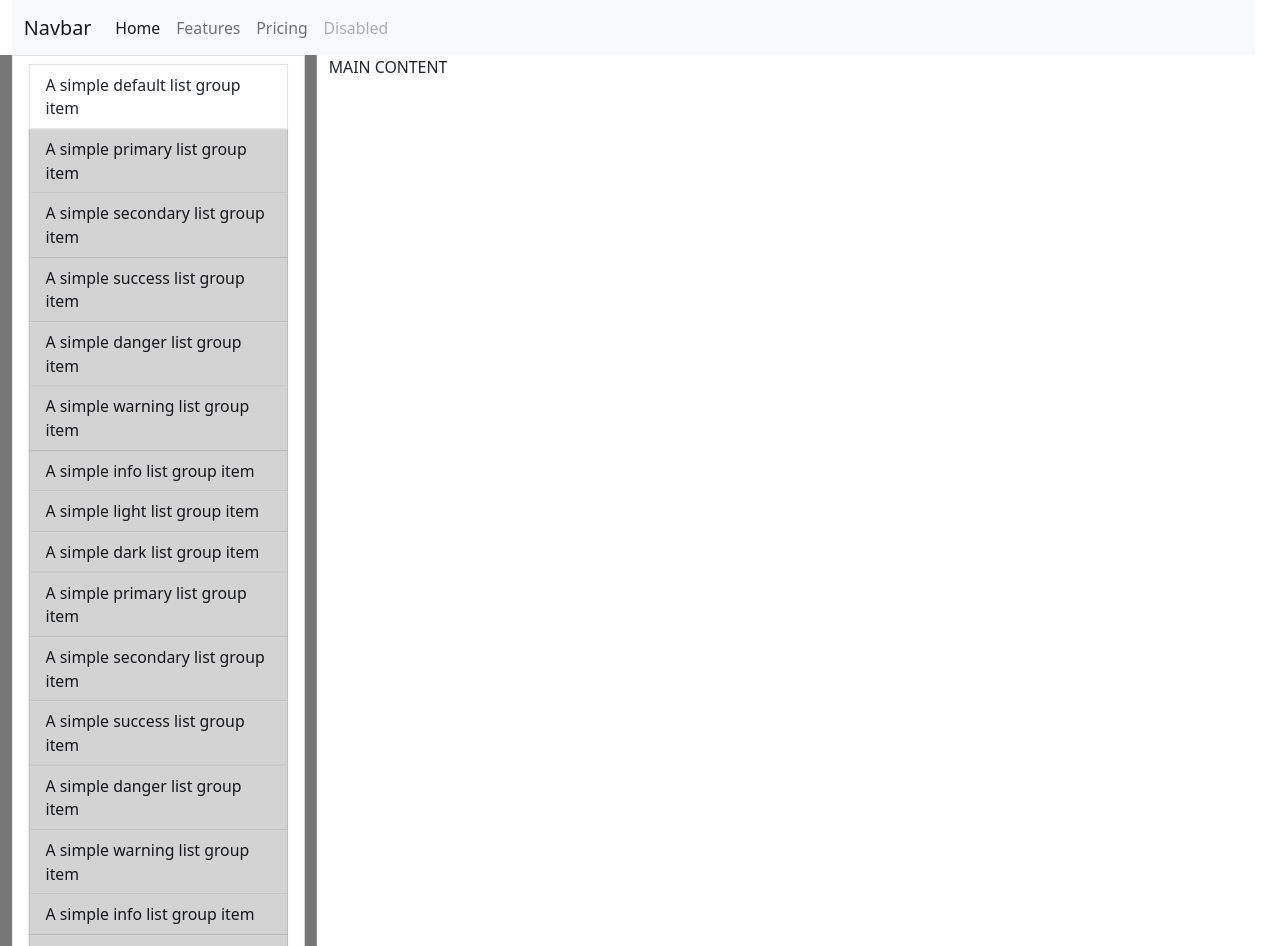
Repository: Dayvid0/BOOTSTRAP-TUTORIALS
Page: BOOTSTRAP-GRID-LAYOUTS/ibmexample.html
These files come from the project's save history. The page is drawn as it stood at one moment and after the next save; the edit follows.
The browser window is 1280 px wide. The pictures show the whole page, at 99% of full size.

Above is the page before, as saved 2025-01-25 09:51:24.

### BOOTSTRAP-GRID-LAYOUTS/ibmexample.html
<!doctype html>
<html lang="en">
  <head>
    <!-- Required meta tags -->
    <meta charset="utf-8">
    <meta name="viewport" content="width=device-width, initial-scale=1">
    <title>IBM PRACTICE LAYOUT</title>
    <!-- Bootstrap CSS -->
    <link href="https://cdn.jsdelivr.net/npm/bootstrap@5.0.2/dist/css/bootstrap.min.css" rel="stylesheet" integrity="sha384-EVSTQN3/azprG1Anm3QDgpJLIm9Nao0Yz1ztcQTwFspd3yD65VohhpuuCOmLASjC" crossorigin="anonymous">
    <link rel="stylesheet" href="ibm-style.css"
  </head>
  <body>
    <div class="container-fluid">
      <nav class="navbar navbar-expand-lg navbar-light bg-light">
        <div class="container-fluid">
          <a class="navbar-brand" href="#">Navbar</a>
          <button class="navbar-toggler" type="button" data-bs-toggle="collapse" data-bs-target="#navbarNav" aria-controls="navbarNav" aria-expanded="false" aria-label="Toggle navigation">
            <span class="navbar-toggler-icon"></span>
          </button>
          <div class="collapse navbar-collapse" id="navbarNav">
            <ul class="navbar-nav">
              <li class="nav-item">
                <a class="nav-link active" aria-current="page" href="#">Home</a>
              </li>
              <li class="nav-item">
                <a class="nav-link" href="#">Features</a>
              </li>
              <li class="nav-item">
                <a class="nav-link" href="#">Pricing</a>
              </li>
              <li class="nav-item">
                <a class="nav-link disabled" href="#" tabindex="-1" aria-disabled="true">Disabled</a>
              </li>
            </ul>
          </div>
        </div>
      </nav>
    </div>
    <div class="container-fluid">
      <div class="row"> <!-- ./row-->
        <div class="col-3 sidebar">
          <ul class="list-group-item">
            <li class="list-group-item">A simple default list group item</li>
            <li class="list-group-item list-group-item-dark">A simple primary list group item</li>
            <li class="list-group-item list-group-item-dark">A simple secondary list group item</li>
            <li class="list-group-item list-group-item-dark">A simple success list group item</li>
            <li class="list-group-item list-group-item-dark">A simple danger list group item</li>
            <li class="list-group-item list-group-item-dark">A simple warning list group item</li>
            <li class="list-group-item list-group-item-dark">A simple info list group item</li>
            <li class="list-group-item list-group-item-dark">A simple light list group item</li>
            <li class="list-group-item list-group-item-dark">A simple dark list group item</li>
            <li class="list-group-item list-group-item-dark">A simple primary list group item</li>
            <li class="list-group-item list-group-item-dark">A simple secondary list group item</li>
            <li class="list-group-item list-group-item-dark">A simple success list group item</li>
            <li class="list-group-item list-group-item-dark">A simple danger list group item</li>
            <li class="list-group-item list-group-item-dark">A simple warning list group item</li>
            <li class="list-group-item list-group-item-dark">A simple info list group item</li>
            <li class="list-group-item list-group-item-dark">A simple light list group item</li>
          </ul>
        </div><!-- ./col-3-->
        <div class="col-9">
          MAIN CONTENT
        </div><!-- ./col-9-->
      </div><!-- ./row -->
    </div><!-- ./container-fluid -->
    <script src="https://cdn.jsdelivr.net/npm/bootstrap@5.0.2/dist/js/bootstrap.bundle.min.js" integrity="sha384-MrcW6ZMFYlzcLA8Nl+NtUVF0sA7MsXsP1UyJoMp4YLEuNSfAP+JcXn/tWtIaxVXM" crossorigin="anonymous"></script>
  </body>
</html>

### BOOTSTRAP-GRID-LAYOUTS/ibm-style.css
.sidebar {
  background-color: #777;
  max-height: 900px;
  overflow-y: scroll;
}

After the next save:
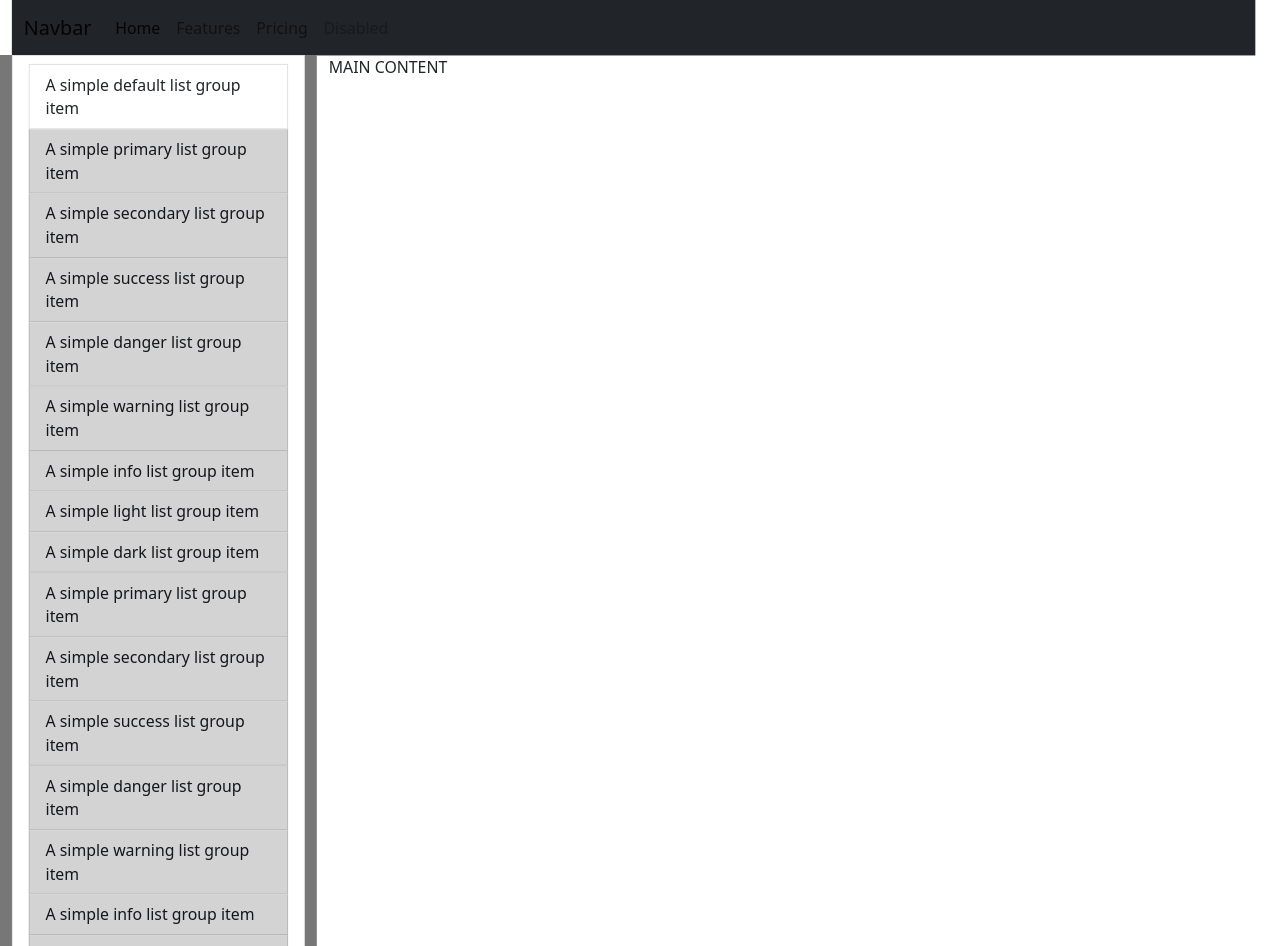
Saved 61 s later.
--- a/BOOTSTRAP-GRID-LAYOUTS/ibmexample.html
+++ b/BOOTSTRAP-GRID-LAYOUTS/ibmexample.html
@@ -11,7 +11,7 @@
   </head>
   <body>
     <div class="container-fluid">
-      <nav class="navbar navbar-expand-lg navbar-light bg-light">
+      <nav class="navbar navbar-expand-lg navbar-light bg-dark">
         <div class="container-fluid">
           <a class="navbar-brand" href="#">Navbar</a>
           <button class="navbar-toggler" type="button" data-bs-toggle="collapse" data-bs-target="#navbarNav" aria-controls="navbarNav" aria-expanded="false" aria-label="Toggle navigation">
